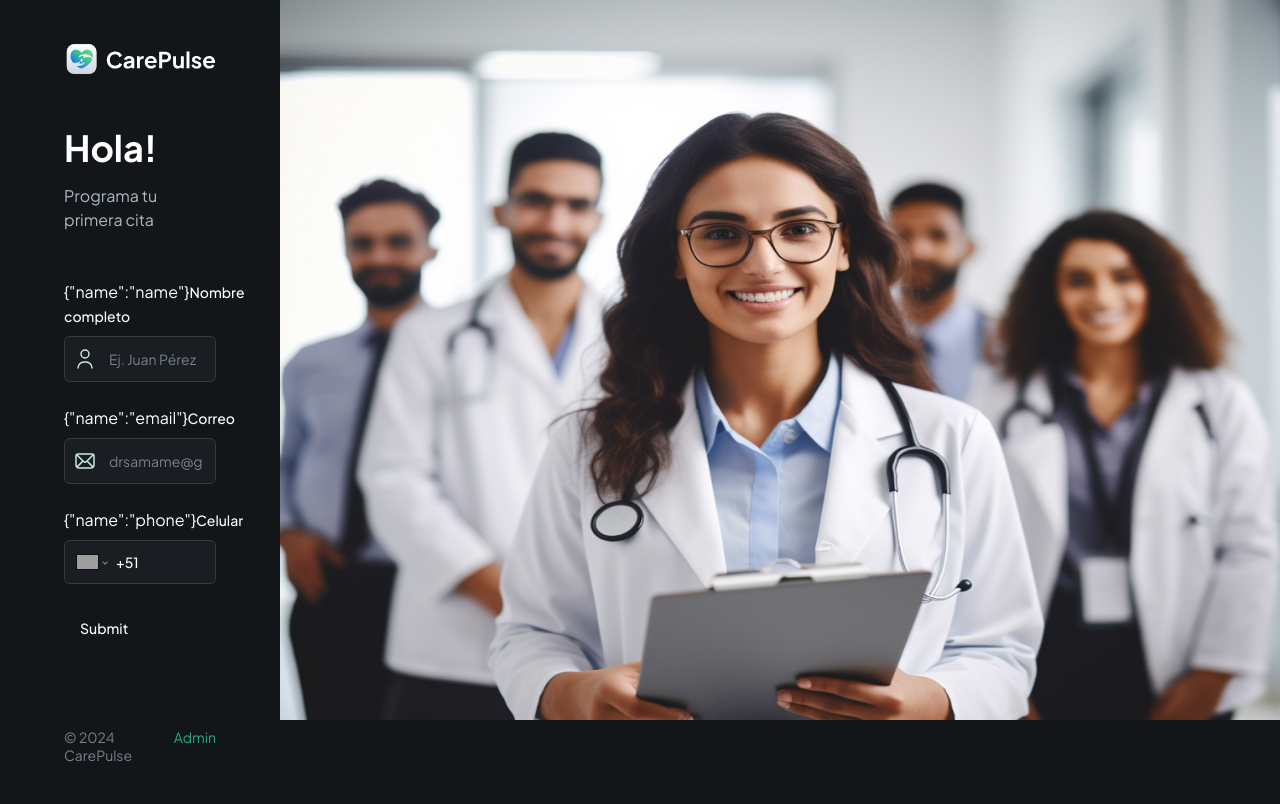
Repository: drsamame/healtcare
Page: /
These files come from the project's save history. The page is drawn as it stood at one moment and after a run of saves; the edit follows.
The browser window is 1280 px wide. The pictures show the whole page.
Pictures or frames that could not be fetched are drawn as grey boxes. The project was rebuilt for these pictures with package versions that can differ from the ones it lists, and the page was loaded fresh each time. The framework's server and built-in components were replaced by stand-ins that run in the browser. Also part of the build but not shown: next.config.mjs.

Above is the page before, as saved 2024-07-09 17:04:15.

### app/layout.tsx
import type { Metadata } from 'next';
import { Plus_Jakarta_Sans } from 'next/font/google';
import { ThemeProvider } from "@/components/ui/theme-provider"
import './globals.css';

import { cn } from '@/lib/utils';

const fontSans = Plus_Jakarta_Sans({
	subsets: ['latin'],
	weight: ['300', '400', '500', '600', '700'],
	variable: '--font-sans',
});

export const metadata: Metadata = {
	title: 'CarePulse',
	description: 'Un sistema de cuidado de la salud en tiempo real',
};

export default function RootLayout({
	children,
}: Readonly<{
	children: React.ReactNode;
}>) {
	return (
		<html lang="es" suppressHydrationWarning>
			<body
				className={cn(
					'min-h-screen bg-dark-300 font-sans antialiased',
					fontSans.variable
				)}
			>
				<ThemeProvider
					attribute="class"
					defaultTheme="dark"
					enableSystem
					disableTransitionOnChange
				>
					{children}
				</ThemeProvider>
			</body>
		</html>
	);
}

### app/page.tsx
import PatientForm from '@/components/forms/PatientForm';
import Image from 'next/image';
import Link from 'next/link';

export default function Home() {
	return (
		<div className="flex h-screen max-h-screen">
			<section className="remove-scrollbar container my-auto">
				<div className="sub-container max-w-[496px]">
					<Image
						alt="patient"
						src="/assets/icons/logo-full.svg"
						height={1000}
						width={1000}
						className="mb-12 h-10 w-fit"
					></Image>
					<PatientForm />
					<div className="text-14-regular mt-20 flex justify-between">
						<p className="justify-items-end text-dark-600 xl:text-left">
							© 2024 CarePulse{' '}
						</p>
						<Link href="/?admin=true" className="text-green-500">
							Admin
						</Link>
					</div>
				</div>
			</section>

			<Image
				src="/assets/images/onboarding-img.png"
				width={1000}
				height={1000}
				alt="patient"
			></Image>
		</div>
	);
}

### components/forms/PatientForm.tsx
'use client';
import { zodResolver } from '@hookform/resolvers/zod';
import { useForm } from 'react-hook-form';
import { z } from 'zod';
import { Button } from '@/components/ui/button';
import { Form } from '@/components/ui/form';
import CustomFormField from '../CustomFormField';

export enum FormFieldType {
	INPUT = 'input',
	CHECKBOX = 'checkbox',
	TEXTAREA = 'textarea',
	PHONE = 'phone',
	DATEPICKER = 'datepicker',
	SELECT = 'select',
	SKELETON = 'skeleton',
}

const formSchema = z.object({
	username: z.string().min(2, {
		message: 'Username must be at least 2 characters.',
	}),
});

const PatientForm = () => {
	// 1. Define your form.
	const form = useForm<z.infer<typeof formSchema>>({
		resolver: zodResolver(formSchema),
		defaultValues: {
			username: '',
		},
	});

	// 2. Define a submit handler.
	function onSubmit(values: z.infer<typeof formSchema>) {
		console.log(values);
	}
	return (
		<Form {...form}>
			<form onSubmit={form.handleSubmit(onSubmit)} className="space-y-6 flex-1">
				<section className="mb-12 space-y-4">
					<h1 className="header">Hola!</h1>
					<p className="text-dark-700">Programa tu primera cita</p>
				</section>
				<CustomFormField
					fieldType={FormFieldType.INPUT}
					control={form.control}
					name="name"
					label="Nombre completo"
					placeholder="Ej. Juan Pérez"
					iconSrc="/assets/icons/user.svg"
					iconAlt="user"
				/>
				<CustomFormField
					fieldType={FormFieldType.INPUT}
					control={form.control}
					name="email"
					label="Correo"
					placeholder="drsamame@gmail.com"
					iconSrc="/assets/icons/email.svg"
					iconAlt="email"
				/>
				<CustomFormField
					fieldType={FormFieldType.PHONE}
					control={form.control}
					name="phone"
					label="Celular"
					placeholder="955061182"
					iconSrc="/assets/icons/email.svg"
					iconAlt="email"
				/>
				<Button type="submit">Submit</Button>
			</form>
		</Form>
	);
};

export default PatientForm;

### components/ui/button.tsx
import * as React from "react"
import { Slot } from "@radix-ui/react-slot"
import { cva, type VariantProps } from "class-variance-authority"

import { cn } from "@/lib/utils"

const buttonVariants = cva(
  "inline-flex items-center justify-center whitespace-nowrap rounded-md text-sm font-medium ring-offset-background transition-colors focus-visible:outline-none focus-visible:ring-2 focus-visible:ring-ring focus-visible:ring-offset-2 disabled:pointer-events-none disabled:opacity-50",
  {
    variants: {
      variant: {
        default: "bg-primary text-primary-foreground hover:bg-primary/90",
        destructive:
          "bg-destructive text-destructive-foreground hover:bg-destructive/90",
        outline:
          "border border-input bg-background hover:bg-accent hover:text-accent-foreground",
        secondary:
          "bg-secondary text-secondary-foreground hover:bg-secondary/80",
        ghost: "hover:bg-accent hover:text-accent-foreground",
        link: "text-primary underline-offset-4 hover:underline",
      },
      size: {
        default: "h-10 px-4 py-2",
        sm: "h-9 rounded-md px-3",
        lg: "h-11 rounded-md px-8",
        icon: "h-10 w-10",
      },
    },
    defaultVariants: {
      variant: "default",
      size: "default",
    },
  }
)

export interface ButtonProps
  extends React.ButtonHTMLAttributes<HTMLButtonElement>,
    VariantProps<typeof buttonVariants> {
  asChild?: boolean
}

const Button = React.forwardRef<HTMLButtonElement, ButtonProps>(
  ({ className, variant, size, asChild = false, ...props }, ref) => {
    const Comp = asChild ? Slot : "button"
    return (
      <Comp
        className={cn(buttonVariants({ variant, size, className }))}
        ref={ref}
        {...props}
      />
    )
  }
)
Button.displayName = "Button"

export { Button, buttonVariants }

### components/ui/form.tsx
"use client"

import * as React from "react"
import * as LabelPrimitive from "@radix-ui/react-label"
import { Slot } from "@radix-ui/react-slot"
import {
  Controller,
  ControllerProps,
  FieldPath,
  FieldValues,
  FormProvider,
  useFormContext,
} from "react-hook-form"

import { cn } from "@/lib/utils"
import { Label } from "@/components/ui/label"

const Form = FormProvider

type FormFieldContextValue<
  TFieldValues extends FieldValues = FieldValues,
  TName extends FieldPath<TFieldValues> = FieldPath<TFieldValues>
> = {
  name: TName
}

const FormFieldContext = React.createContext<FormFieldContextValue>(
  {} as FormFieldContextValue
)

const FormField = <
  TFieldValues extends FieldValues = FieldValues,
  TName extends FieldPath<TFieldValues> = FieldPath<TFieldValues>
>({
  ...props
}: ControllerProps<TFieldValues, TName>) => {
  return (
    <FormFieldContext.Provider value={{ name: props.name }}>
      <Controller {...props} />
    </FormFieldContext.Provider>
  )
}

const useFormField = () => {
  const fieldContext = React.useContext(FormFieldContext)
  const itemContext = React.useContext(FormItemContext)
  const { getFieldState, formState } = useFormContext()

  const fieldState = getFieldState(fieldContext.name, formState)

  if (!fieldContext) {
    throw new Error("useFormField should be used within <FormField>")
  }

  const { id } = itemContext

  return {
    id,
    name: fieldContext.name,
    formItemId: `${id}-form-item`,
    formDescriptionId: `${id}-form-item-description`,
    formMessageId: `${id}-form-item-message`,
    ...fieldState,
  }
}

type FormItemContextValue = {
  id: string
}

const FormItemContext = React.createContext<FormItemContextValue>(
  {} as FormItemContextValue
)

const FormItem = React.forwardRef<
  HTMLDivElement,
  React.HTMLAttributes<HTMLDivElement>
>(({ className, ...props }, ref) => {
  const id = React.useId()

  return (
    <FormItemContext.Provider value={{ id }}>
      <div ref={ref} className={cn("space-y-2", className)} {...props} />
    </FormItemContext.Provider>
  )
})
FormItem.displayName = "FormItem"

const FormLabel = React.forwardRef<
  React.ElementRef<typeof LabelPrimitive.Root>,
  React.ComponentPropsWithoutRef<typeof LabelPrimitive.Root>
>(({ className, ...props }, ref) => {
  const { error, formItemId } = useFormField()

  return (
    <Label
      ref={ref}
      className={cn(error && "text-destructive", className)}
      htmlFor={formItemId}
      {...props}
    />
  )
})
FormLabel.displayName = "FormLabel"

const FormControl = React.forwardRef<
  React.ElementRef<typeof Slot>,
  React.ComponentPropsWithoutRef<typeof Slot>
>(({ ...props }, ref) => {
  const { error, formItemId, formDescriptionId, formMessageId } = useFormField()

  return (
    <Slot
      ref={ref}
      id={formItemId}
      aria-describedby={
        !error
          ? `${formDescriptionId}`
          : `${formDescriptionId} ${formMessageId}`
      }
      aria-invalid={!!error}
      {...props}
    />
  )
})
FormControl.displayName = "FormControl"

const FormDescription = React.forwardRef<
  HTMLParagraphElement,
  React.HTMLAttributes<HTMLParagraphElement>
>(({ className, ...props }, ref) => {
  const { formDescriptionId } = useFormField()

  return (
    <p
      ref={ref}
      id={formDescriptionId}
      className={cn("text-sm text-muted-foreground", className)}
      {...props}
    />
  )
})
FormDescription.displayName = "FormDescription"

const FormMessage = React.forwardRef<
  HTMLParagraphElement,
  React.HTMLAttributes<HTMLParagraphElement>
>(({ className, children, ...props }, ref) => {
  const { error, formMessageId } = useFormField()
  const body = error ? String(error?.message) : children

  if (!body) {
    return null
  }

  return (
    <p
      ref={ref}
      id={formMessageId}
      className={cn("text-sm font-medium text-destructive", className)}
      {...props}
    >
      {body}
    </p>
  )
})
FormMessage.displayName = "FormMessage"

export {
  useFormField,
  Form,
  FormItem,
  FormLabel,
  FormControl,
  FormDescription,
  FormMessage,
  FormField,
}

### components/CustomFormField.tsx
'use client';
import React from 'react';

import {
	FormControl,
	FormDescription,
	FormField,
	FormItem,
	FormLabel,
	FormMessage,
} from '@/components/ui/form';
import { Input } from '@/components/ui/input';
import { Control } from 'react-hook-form';
import { FormFieldType } from './forms/PatientForm';
import Image from 'next/image';
import 'react-phone-number-input/style.css';
import PhoneInput, { type Value } from 'react-phone-number-input';

interface Props {
	control: Control<any>;
	fieldType: FormFieldType;
	name: string;
	label?: string;
	placeholtder?: string;
	iconSrc?: string;
	iconAlt?: string;
	disabled?: boolean;
	dateFormat?: string;
	showTimeSelect?: boolean;
	children?: React.ReactNode;
	placeholder: string;
	renderSkeleton?: (field: any) => React.ReactNode;
}

const RenderField = ({ field, props }: { field: any; props: Props }) => {
	const { fieldType, iconSrc, iconAlt, placeholder } = props;
	switch (fieldType) {
		case FormFieldType.INPUT:
			return (
				<div className="flex rounded-md border border-dark-500 bg-dark-400">
					{iconSrc && (
						<Image
							src={iconSrc}
							height={24}
							alt={iconAlt || 'icon'}
							width={24}
							className="ml-2"
						/>
					)}
					<FormControl>
						<Input
							placeholder={placeholder}
							{...field}
							className="shad-input border-0"
						></Input>
					</FormControl>
				</div>
			);
		case FormFieldType.PHONE:
			return (
				<FormControl>
					<PhoneInput
						placeholder={placeholder}
						defaultCountry="PE"
						international
						withCountryCallingCode
						value={field.value as Value | undefined}
						onChange={field.onChange}
						className="input-phone"
					/>
				</FormControl>
			);
		default:
			break;
	}
	return <Input type="text" placeholder="Ej. Juan Pérez" />;
};

function CustomFormField(props: Props) {
	const { control, fieldType, name, label } = props;
	return (
		<FormField
			control={control}
			name={name}
			render={({ field }) => (
				<FormItem>
					{JSON.stringify(field)}
					{fieldType !== FormFieldType.CHECKBOX && label && (
						<FormLabel htmlFor={name}>{label}</FormLabel>
					)}
					<RenderField field={field} props={props}></RenderField>
					<FormMessage className="shad-error" />
				</FormItem>
			)}
		/>
	);
}

export default CustomFormField;

### components/ui/label.tsx
"use client"

import * as React from "react"
import * as LabelPrimitive from "@radix-ui/react-label"
import { cva, type VariantProps } from "class-variance-authority"

import { cn } from "@/lib/utils"

const labelVariants = cva(
  "text-sm font-medium leading-none peer-disabled:cursor-not-allowed peer-disabled:opacity-70"
)

const Label = React.forwardRef<
  React.ElementRef<typeof LabelPrimitive.Root>,
  React.ComponentPropsWithoutRef<typeof LabelPrimitive.Root> &
    VariantProps<typeof labelVariants>
>(({ className, ...props }, ref) => (
  <LabelPrimitive.Root
    ref={ref}
    className={cn(labelVariants(), className)}
    {...props}
  />
))
Label.displayName = LabelPrimitive.Root.displayName

export { Label }

### components/ui/input.tsx
import * as React from "react"

import { cn } from "@/lib/utils"

export interface InputProps
  extends React.InputHTMLAttributes<HTMLInputElement> {}

const Input = React.forwardRef<HTMLInputElement, InputProps>(
  ({ className, type, ...props }, ref) => {
    return (
      <input
        type={type}
        className={cn(
          "flex h-10 w-full rounded-md border border-input bg-background px-3 py-2 text-sm ring-offset-background file:border-0 file:bg-transparent file:text-sm file:font-medium placeholder:text-muted-foreground focus-visible:outline-none focus-visible:ring-2 focus-visible:ring-ring focus-visible:ring-offset-2 disabled:cursor-not-allowed disabled:opacity-50",
          className
        )}
        ref={ref}
        {...props}
      />
    )
  }
)
Input.displayName = "Input"

export { Input }

### tailwind.config.ts
import type { Config } from "tailwindcss";

const { fontFamily } = require("tailwindcss/defaultTheme");

const config = {
  darkMode: ["class"],
  content: [
    "./pages/**/*.{ts,tsx}",
    "./components/**/*.{ts,tsx}",
    "./app/**/*.{ts,tsx}",
    "./src/**/*.{ts,tsx}",
  ],
  prefix: "",
  theme: {
    container: {
      center: true,
      padding: "2rem",
      screens: {
        "2xl": "1400px",
      },
    },
    extend: {
      colors: {
        green: {
          500: "#24AE7C",
          600: "#0D2A1F",
        },
        blue: {
          500: "#79B5EC",
          600: "#152432",
        },
        red: {
          500: "#F37877",
          600: "#3E1716",
          700: "#F24E43",
        },
        light: {
          200: "#E8E9E9",
        },
        dark: {
          200: "#0D0F10",
          300: "#131619",
          400: "#1A1D21",
          500: "#363A3D",
          600: "#76828D",
          700: "#ABB8C4",
        },
      },
      fontFamily: {
        sans: ["var(--font-sans)", ...fontFamily.sans],
      },
      backgroundImage: {
        appointments: "url('/assets/images/appointments-bg.png')",
        pending: "url('/assets/images/pending-bg.png')",
        cancelled: "url('/assets/images/cancelled-bg.png')",
      },
      keyframes: {
        "accordion-down": {
          from: { height: "0" },
          to: { height: "var(--radix-accordion-content-height)" },
        },
        "accordion-up": {
          from: { height: "var(--radix-accordion-content-height)" },
          to: { height: "0" },
        },
        "caret-blink": {
          "0%,70%,100%": { opacity: "1" },
          "20%,50%": { opacity: "0" },
        },
      },
      animation: {
        "accordion-down": "accordion-down 0.2s ease-out",
        "accordion-up": "accordion-up 0.2s ease-out",
        "caret-blink": "caret-blink 1.25s ease-out infinite",
      },
    },
  },
  plugins: [require("tailwindcss-animate")],
} satisfies Config;

export default config;

### components/SubmitButton.tsx
import React from 'react'

function SubmitButton() {
  return (
    <div>SubmitButton</div>
  )
}

export default SubmitButton

Loaded but not shown: components/ui/theme-provider.tsx (common file); app/globals.css (common file); lib/utils.ts (common file)

After the next 2 saves:
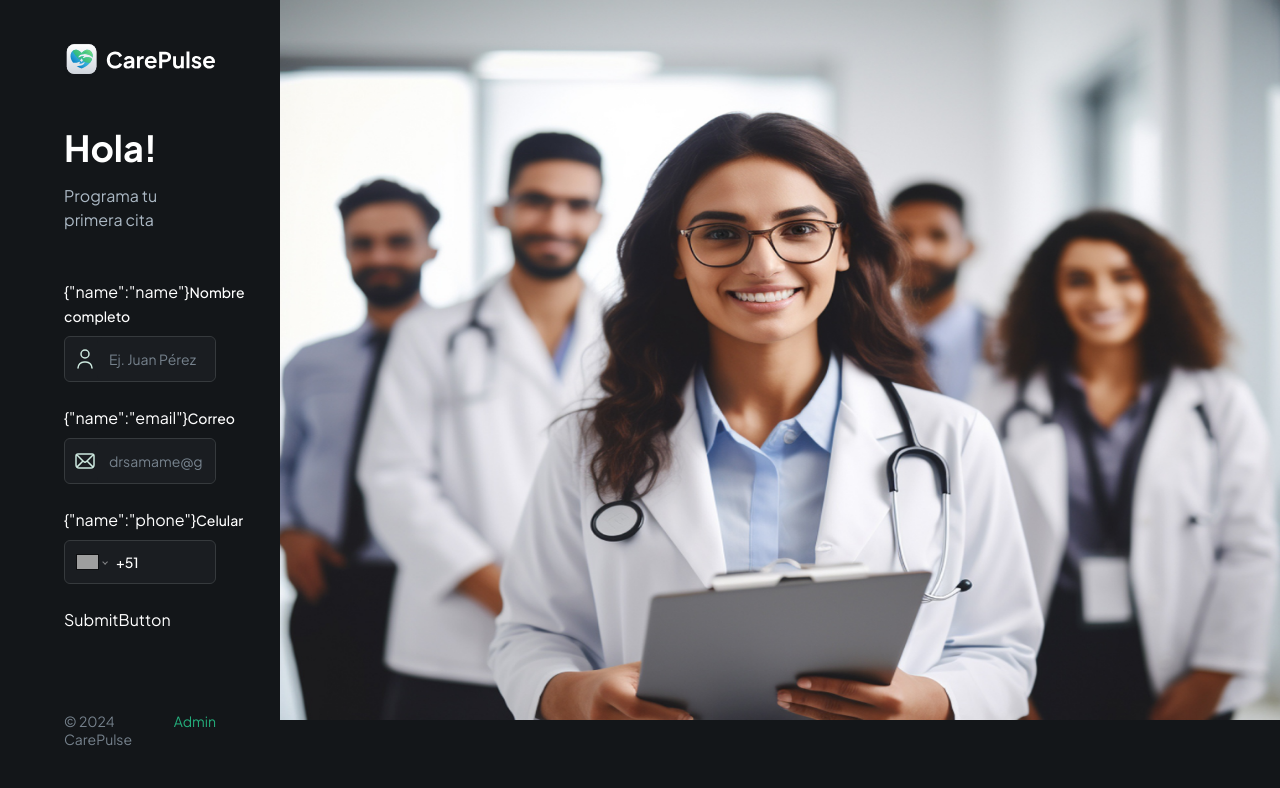
The 2 saves are shown as one change because they came seconds apart.
The last was saved 23 s later.
--- a/components/forms/PatientForm.tsx
+++ b/components/forms/PatientForm.tsx
@@ -5,6 +5,7 @@
 import { Button } from '@/components/ui/button';
 import { Form } from '@/components/ui/form';
 import CustomFormField from '../CustomFormField';
+import SubmitButton from '../SubmitButton';
 
 export enum FormFieldType {
 	INPUT = 'input',
@@ -69,7 +70,7 @@
 					iconSrc="/assets/icons/email.svg"
 					iconAlt="email"
 				/>
-				<Button type="submit">Submit</Button>
+				<SubmitButton />
 			</form>
 		</Form>
 	);

After the 2 saves that followed:
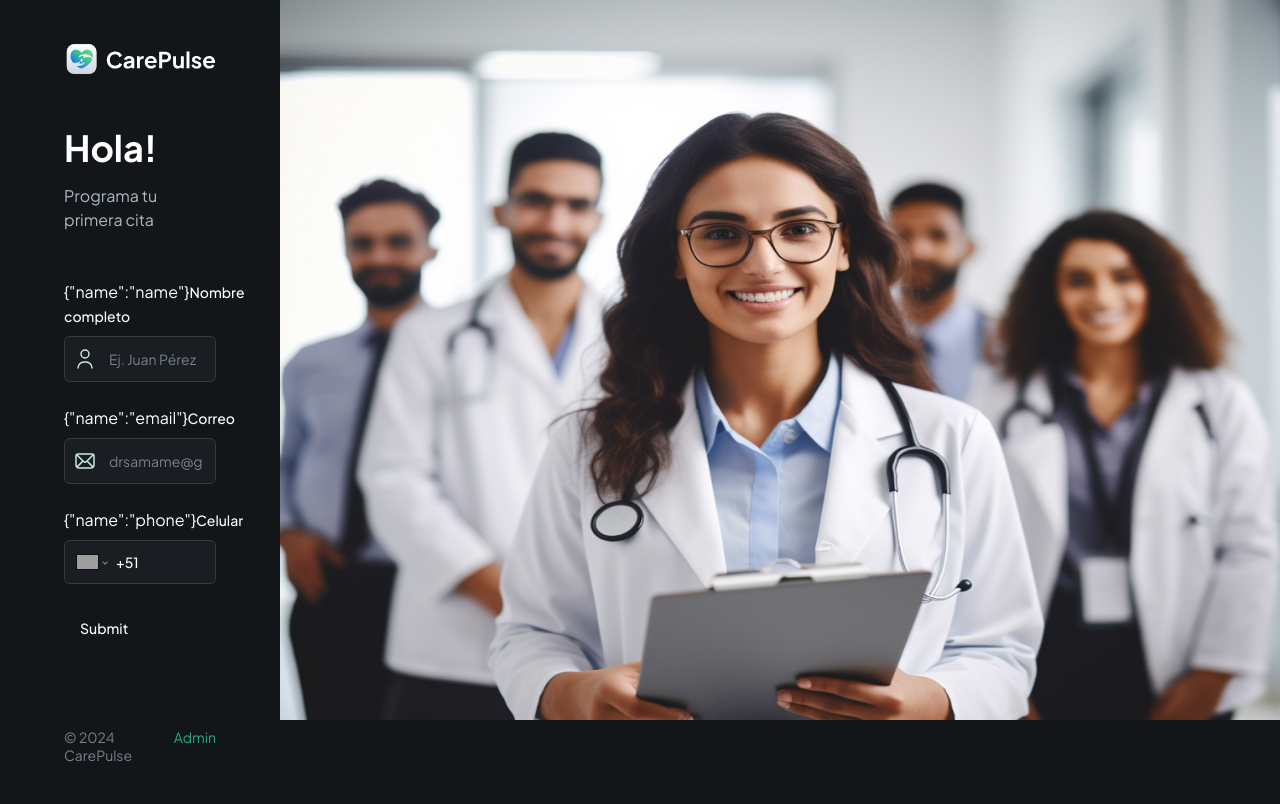
The 2 saves are shown as one change because 1 left the picture as it was.
The last was saved 62 s later.
--- a/components/forms/PatientForm.tsx
+++ b/components/forms/PatientForm.tsx
@@ -2,7 +2,6 @@
 import { zodResolver } from '@hookform/resolvers/zod';
 import { useForm } from 'react-hook-form';
 import { z } from 'zod';
-import { Button } from '@/components/ui/button';
 import { Form } from '@/components/ui/form';
 import CustomFormField from '../CustomFormField';
 import SubmitButton from '../SubmitButton';
--- a/components/SubmitButton.tsx
+++ b/components/SubmitButton.tsx
@@ -1,9 +1,10 @@
-import React from 'react'
+import React from 'react';
+import { Button } from '@/components/ui/button';
 
-function SubmitButton() {
-  return (
-    <div>SubmitButton</div>
-  )
+interface ButtonProps {}
+
+function SubmitButton({ isLoading, className, children }: Props) {
+	return <Button type="submit">Submit</Button>;
 }
 
-export default SubmitButton
+export default SubmitButton;
